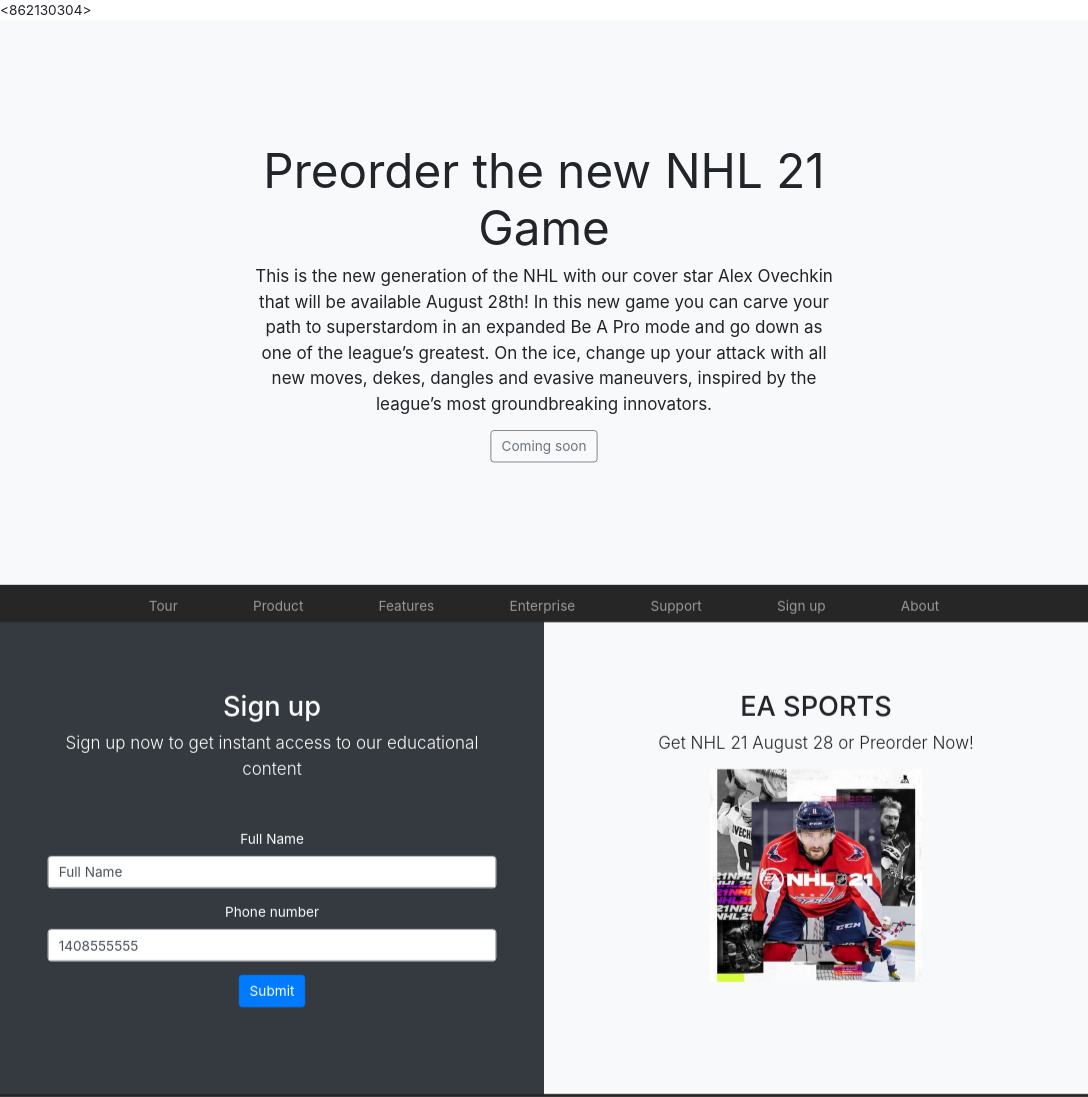
Repository: gabrielaborraez/GabrielaBorraez-Resume
Page: New Folder/Learn CS8- Twilio/index.html
The author's editor kept a record of every edit. The page is drawn from the files as they stood at one moment, then again after the next edit.
The browser window is 1280 px wide. The pictures show the whole page, at 85% of full size.

Above is the page before.

### New Folder/Learn CS8- Twilio/index.html
<!doctype html>
<html lang="en">
  <head>
    <862130304>
    <meta charset="utf-8">
    <meta name="viewport" content="width=device-width, initial-scale=1, shrink-to-fit=no">
    <meta name="description" content="Please include a description here">
    <meta name="author" content="862130304">

    <!-- Bootstrap CSS -->
    <link rel="stylesheet" href="https://stackpath.bootstrapcdn.com/bootstrap/4.5.2/css/bootstrap.min.css" integrity="sha384-JcKb8q3iqJ61gNV9KGb8thSsNjpSL0n8PARn9HuZOnIxN0hoP+VmmDGMN5t9UJ0Z" crossorigin="anonymous">

    <!-- Title of your Website -->
    <title>NHL 21</title>
    <link href="product.css" rel="stylesheet">
  </head>
  <body>
    <!-- Main Header Section h1-->
<div class="position-relative overflow-hidden p-3 p-md-5 m-md-0 text-center bg-light">
    <div class="col-md-8 p-lg-5 mx-auto my-5">
        <h1 class="display-4 font-weight-normal">Preorder the new NHL 21 Game</h1>
        <p class="lead font-weight-normal">This is the new generation of the NHL with our cover star Alex Ovechkin that will be available August 28th! In this new game you can carve your path to superstardom in an expanded Be A Pro mode and go down as one of the league’s greatest. On the ice, change up your attack with all new moves, dekes, dangles and evasive maneuvers, inspired by the league’s most groundbreaking innovators.</p>
        <a class="btn btn-outline-secondary" href="https://www.ea.com/games/nhl/nhl-21">Coming soon</a>
    </div>
</div>
    <nav class="site-header sticky-top py-1">
    <!-- Top Menu Bar -->
    <div class="container d-flex flex-column flex-md-row justify-content-between">
        <a class="py-2 d-none d-md-inline-block" id="menu-item-1" href="https://www.ea.com/games/nhl/nhl-21/cover-athlete">Tour</a>
        <a class="py-2 d-none d-md-inline-block" id="menu-item-2" href="https://www.ea.com/games/nhl/nhl-21">Product</a>
        <a class="py-2 d-none d-md-inline-block" id="menu-item-3" href="https://www.ea.com/games/nhl/nhl-21/gameplay">Features</a>
        <a class="py-2 d-none d-md-inline-block" id="menu-item-4" href="ea.com">Enterprise</a>
        <a class="py-2 d-none d-md-inline-block" id="menu-item-5" href="https://www.ea.com/games/nhl/nhl-21/hut-rush">Support</a>
        <a class="py-2 d-none d-md-inline-block" id="menu-item-6" href="https://www.microsoft.com/en-us/p/NHL-21-STANDARD-EDITION/BWZ8BZ85X5HK?emcid=EAFranchise2020&rtc=1&activetab=pivot:overviewtab">Sign up</a>
        <a class="py-2 d-none d-md-inline-block" id="menu-item-7" href="https://www.ea.com/games/nhl/nhl-21/top-50">About</a>
    </div>
    <!-- Left Tile -->
<div class="d-md-flex flex-md-equal w-100">
    <div class="bg-dark pt-3 px-3 pt-md-5 px-md-5 text-center text-white overflow-hidden">
        <div class="my-3 py-3">
            <h2 class="display-5">Sign up</h2>
            <p class="lead">Sign up now to get instant access to our educational content</p>
        </div>
        <!-- Web form when submitted will send a text message -->
        <form class="p-2" onsubmit="sendTextMessage(); return false;">
            <!-- Full Name Form Field -->
            <div class="form-group">
                <label for="example-first-name">Full Name</label>
                <input type="text" value="Full Name" class="form-control" id="example-first-name" aria-describedby="emailHelp">
            </div>
            <!-- Phone Number Form Field -->
            <div class="form-group">
                <label for="example-tel-input">Phone number</label>
                <input type="tel" class="form-control" value="1408555555" id="example-tel-input">
            </div>
            <!-- JavaScript that handles onSubmit logic -->
            <!-- Configure the XHR request below with your own credentials -->
            <script>
            function sendTextMessage() {
                console.log("Hello world!");
                var xhr = new XMLHttpRequest();
                var accountSID = "AC3cef34c047e74199fb6b3006598c84c8";
                var authToken = "77e39a5441d34b9252702c9310d83991";
                var base64encoded = accountSID + ":" + authToken;
                var params = "To=" + document.getElementById('example-tel-input').value + "&From=" + "12134087955" + "&Body=" + "Hello " + document.getElementById('example-first-name').value + " Thank you for purchasing NHL 21!"
                xhr.open("POST", "https://api.twilio.com/2010-04-01/Accounts/" + accountSID + "/Messages.json", true);
                xhr.setRequestHeader('Content-Type', 'application/x-www-form-urlencoded');
                xhr.setRequestHeader('Authorization', 'Basic ' + btoa(base64encoded));
                xhr.send(params);
            }
            </script>
            <!-- Submit button that will execute the sendTextMessage function -->
            <button type="submit" class="btn btn-primary">Submit</button>
        </form>
    </div>
    <!-- Right Tile -->
    <div class="bg-light pt-3 px-3 pt-md-5 px-md-5 text-center overflow-hidden">
        <div class="my-3 p-3">
            <h2 class="display-5">EA SPORTS</h2>
            <p class="lead">Get NHL 21 August 28 or Preorder Now!</p>
            <img class="mx-auto" src="For CS8 Lab 2.jpg" height="250px">
        </div>
        <div class="mx-auto" style="width: 80%; height: 100px; border-radius: 21px 21px 0 0;"></div>
    </div>
</div>
</nav>
  </body>
</html>

### New Folder/Learn CS8- Twilio/product.css
.container {
  max-width: 960px;
}

/*
 * Custom translucent site header
 */

.site-header {
  background-color: rgba(0, 0, 0, .85);
  -webkit-backdrop-filter: saturate(180%) blur(20px);
  backdrop-filter: saturate(180%) blur(20px);
}
.site-header a {
  color: #999;
  transition: ease-in-out color .15s;
}
.site-header a:hover {
  color: #fff;
  text-decoration: none;
}

/*
 * Dummy devices (replace them with your own or something else entirely!)
 */

.product-device {
  position: absolute;
  right: 10%;
  bottom: -30%;
  width: 300px;
  height: 540px;
  background-color: #333;
  border-radius: 21px;
  -webkit-transform: rotate(30deg);
  transform: rotate(30deg);
}

.product-device::before {
  position: absolute;
  top: 10%;
  right: 10px;
  bottom: 10%;
  left: 10px;
  content: "";
  background-color: rgba(255, 255, 255, .1);
  border-radius: 5px;
}

.product-device-2 {
  top: -25%;
  right: auto;
  bottom: 0;
  left: 5%;
  background-color: #e5e5e5;
}


/*
 * Extra utilities
 */

.flex-equal > * {
  -ms-flex: 1;
  flex: 1;
}
@media (min-width: 768px) {
  .flex-md-equal > * {
    -ms-flex: 1;
    flex: 1;
  }
}

.overflow-hidden { overflow: hidden; }

After the next edit:
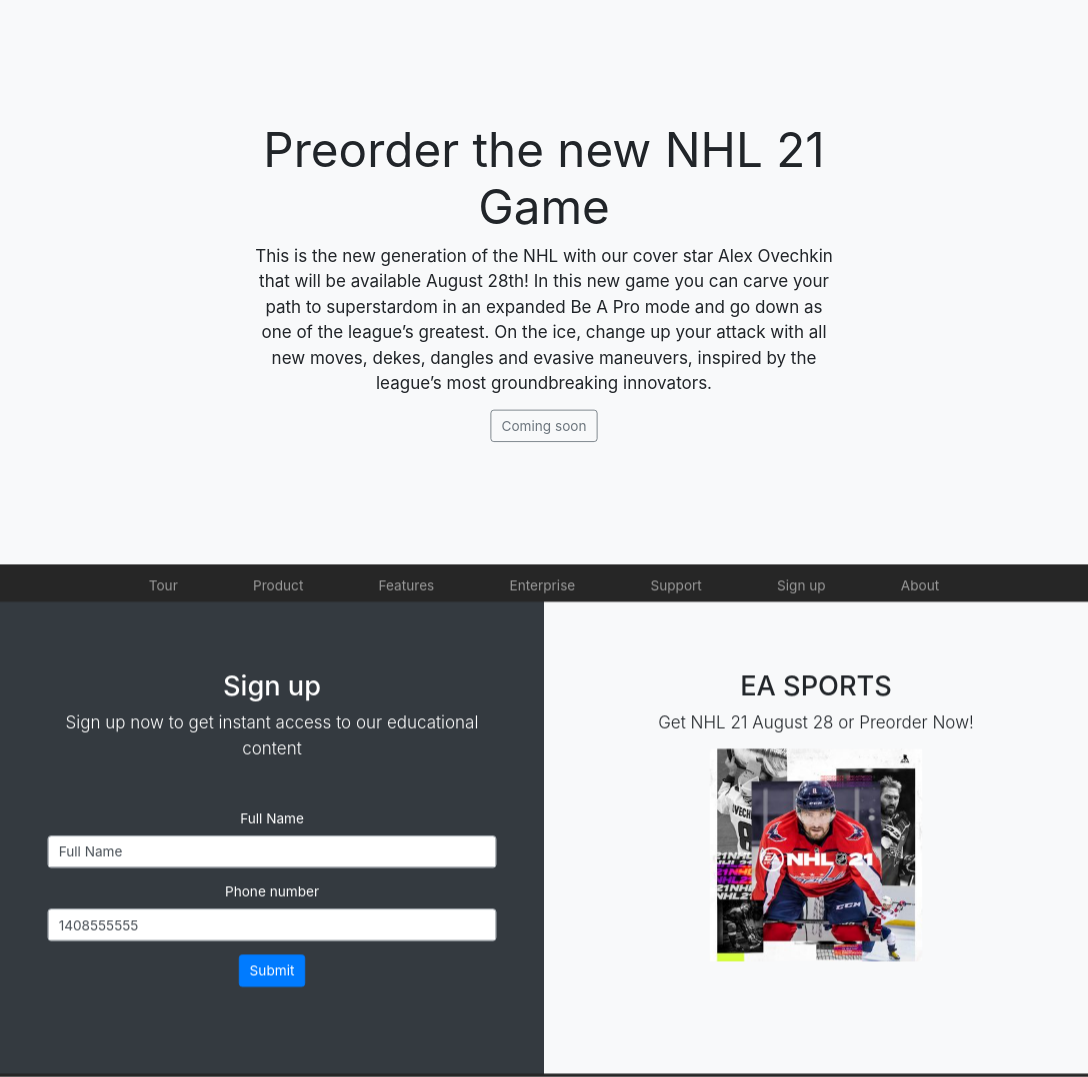
The edit:
--- a/New Folder/Learn CS8- Twilio/index.html
+++ b/New Folder/Learn CS8- Twilio/index.html
@@ -1,7 +1,7 @@
 <!doctype html>
 <html lang="en">
   <head>
-    <862130304>
+    <!-- Required meta tags -->
     <meta charset="utf-8">
     <meta name="viewport" content="width=device-width, initial-scale=1, shrink-to-fit=no">
     <meta name="description" content="Please include a description here">
